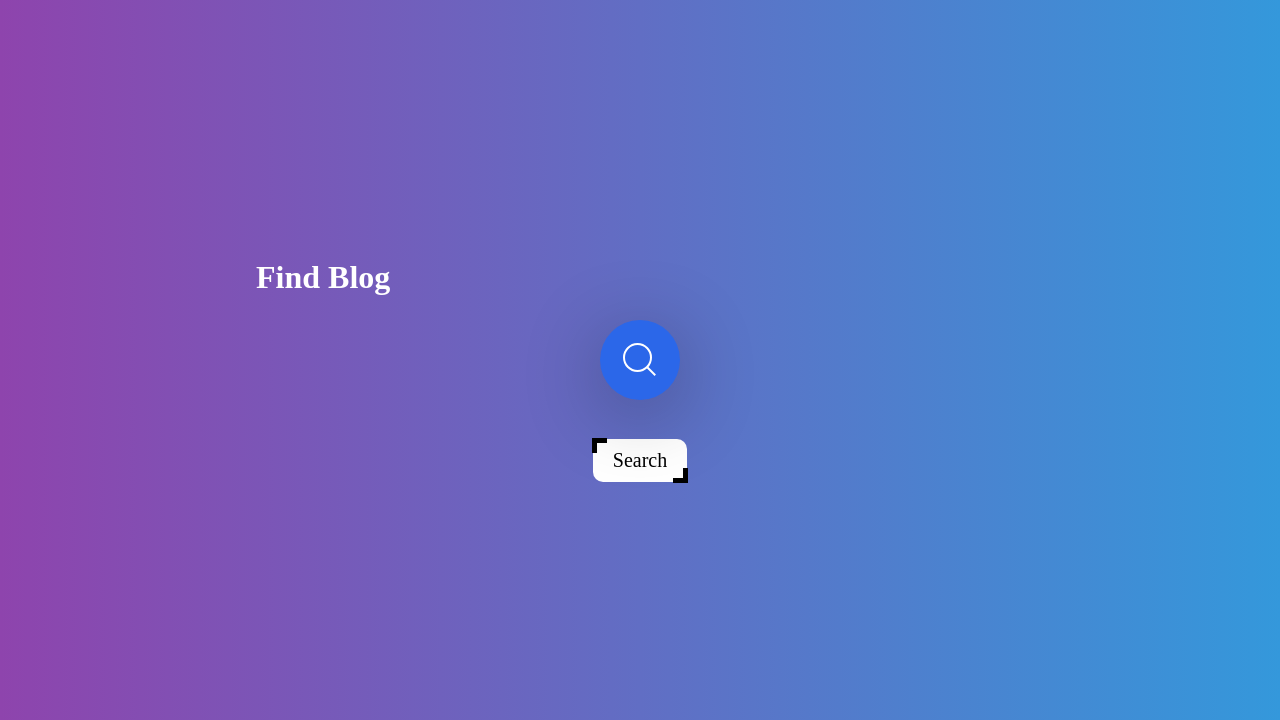
Repository: jagan607/hybr1d-front-end
Page: /
The author's editor kept a copy of each file at every save. The page is drawn from the files as they stood at one save, then again after the next save.
The browser window is 1280 px wide. The pictures show the whole page.
The project was rebuilt for these pictures with package versions that can differ from the ones it lists, and the page was loaded fresh each time. Also part of the build but not shown: src/App.css, src/components/ResultDescriptionPage.js.

Above is the page before, as saved 2022-07-16 23:35:08.

### src/index.css
@import url("https://fonts.googleapis.com/css?family=Inconsolata:700");
* {
  margin: 0;
  padding: 0;
  box-sizing: border-box;
}

html,
body {
  width: 100%;
  height: 100%;
}

body {
  background: #fff;
}

.h1{
  color: #fff;
}

.container {
  position: absolute;
  margin: auto;
  top: 0;
  left: 0;
  right: 0;
  bottom: 0;
  width: 60%;
  height: 60%;
}
.container .search {
  position: absolute;
  margin: auto;
  top: 0;
  right: 0;
  bottom: 0;
  left: 0;
  width: 80px;
  height: 80px;
  background: rgb(43, 103, 233);
  border-radius: 50%;
  transition: all 1s;
  z-index: 4;
  box-shadow: 0px 14px 80px rgba(0, 0, 2, 0.3);
}
.container .search:hover {
  cursor: pointer;
}
.container .search::before {
  content: "";
  position: absolute;
  margin: auto;
  top: 22px;
  right: 0;
  bottom: 0;
  left: 22px;
  width: 12px;
  height: 2px;
  background: white;
  transform: rotate(45deg);
  transition: all 0.5s;
}
.container .search::after {
  content: "";
  position: absolute;
  margin: auto;
  top: -5px;
  right: 0;
  bottom: 0;
  left: -5px;
  width: 25px;
  height: 25px;
  border-radius: 50%;
  border: 2px solid white;
  transition: all 0.5s;
}
.container input {
  font-family: "Inconsolata", monospace;
  position: absolute;
  margin: auto;
  top: 0;
  right: 0;
  bottom: 0;
  left: 0;
  width: 100%;
  height: 50px;
  outline: none;
  border: none;
  background: rgb(43, 103, 233);
  color: white;
  padding: 0 80px 0 20px;
  border-radius: 30px;
  box-shadow: 0 0 25px 0 rgba(220, 20, 60, 0.363), 0 20px 25px 0 rgba(0, 0, 0, 0.2);
  transition: all 1s;
  opacity: 0;
  z-index: 5;
  font-weight: bolder;
  letter-spacing: 0.1em;
}
.container input:hover {
  cursor: pointer;
}
.container input:focus {
  width: 100%;
  opacity: 1;
  cursor: text;
}
.container input:focus ~ .search {
  right: -700px;
  background: #151515;
  z-index: 6;
}
.container input:focus ~ .search::before {
  top: 0;
  left: 0;
  width: 25px;
}
.container input:focus ~ .search::after {
  top: 0;
  left: 0;
  width: 25px;
  height: 2px;
  border: none;
  background: white;
  border-radius: 0%;
  transform: rotate(-45deg);
}
.container input::placeholder {
  color: white;
  opacity: 0.5;
  font-weight: bolder;
}

.btn {
  cursor: pointer;
  position: relative;
  margin-top: 2em;
  padding: 10px 20px;
  background: white;
  font-size: 20px;
  border-top-right-radius: 10px;
  border-bottom-left-radius: 10px;
  transition: all 1s;
}
.btn:after, .btn:before {
  content: "";
  width: 10px;
  height: 10px;
  position: absolute;
  border: 0px solid #fff;
  transition: all 1s;
}
.btn:after {
  top: -1px;
  left: -1px;
  border-top: 5px solid black;
  border-left: 5px solid black;
}
.btn:before {
  bottom: -1px;
  right: -1px;
  border-bottom: 5px solid black;
  border-right: 5px solid black;
}
.btn:hover {
  border-top-right-radius: 0px;
  border-bottom-left-radius: 0px;
}
.btn:hover:before, .btn:hover:after {
  width: 100%;
  height: 100%;
}

.data-container {
  height: 40vh;
  display: flex;
  justify-content: center;
  align-items: center;
}

.result-container{
  width: 100%;
  margin: 0;
}
@import url("https://fonts.googleapis.com/css?family=Quicksand:300,400,700");
body {
  font-family: 'quicksand';
  background: linear-gradient(90deg, #8e44ad, #3498db);
  -webkit-font-smoothing: antialiased;
  -moz-osx-font-smoothing: grayscale;
}
.app-container {
  margin: 25px auto;
  width: 80%;
}
.app-container .app-form {
  margin-top: 50px;
}
.app-container .app-form__input {
  width: 100%;
  height: 50px;
  border: none;
  outline: none;
  color: #fff;
  font: 700 36px Arial, sans-serif;
  background-color: transparent;
  transition: all 0.5s ease-in-out;
}
.app-container .app-form__input:focus {
  text-indent: 20px;
  background-color: rgba(255,255,255,0.2);
}
.app-post {
  margin-top: 50px;
  width: 100%;
  min-height: 100px;
  background-color: rgba(255,255,255,0.2);
  -webkit-animation: appear 1s linear;
          animation: appear 1s linear;
}
.app-post__title {
  position: relative;
  display: inline-block;
  margin: 20px 10px 0 10px;
  font-weight: 700;
  font-size: 32px;
  color: #fff;
  text-decoration: none;
  outline: none;
}
.app-post__title::before,
.app-post__title::after {
  content: '';
  position: absolute;
  height: 0;
  width: 0;
  background-color: rgba(255,255,255,0.1);
  transition: all 0.3s ease-in-out;
}
.app-post__title:before {
  top: 0;
  right: 0;
}
.app-post__title::after {
  bottom: 0;
  left: 0;
}
.app-post__title:hover::after,
.app-post__title:hover::before {
  height: 100%;
  width: 100%;
}
.app-post__extract {
  padding: 10px;
  font-size: 18px;
  color: #fff;
}
@-webkit-keyframes appear {
  from {
    opacity: 0;
  }
  to {
    opacity: 1;
  }
}
@keyframes appear {
  from {
    opacity: 0;
  }
  to {
    opacity: 1;
  }
}

### src/App.js
import logo from './logo.svg';
import './App.css';
import './components/SearchPage'
import SearchPage from './components/SearchPage';
import { Provider } from 'react-redux';
import store from './store/Store';

function App() {
  return (
    <Provider store={store}>
      <SearchPage></SearchPage>
    </Provider>

  );
}

export default App;

### src/components/SearchPage.js
import React,{useEffect, useState} from "react";
import {connect} from 'react-redux';
import { getSearchResult } from "../actions";
import ResultDescriptionPage from "./ResultDescriptionPage";



function SearchPage({searchResults,message, getSearchResult}){
    const [text, setText] = useState();
    const [isDescriptionShown, setIsDescriptionShown] = useState(false);
    const [postUrl, setPostUrl] = useState("");

    const Post = props =>
	<div>
    {props?.searchResults?.length > 0 ?
    <div>
         {props?.searchResults?.map((items, index) =>
        <div className='app-post' key={index} onClick={ () => handleClick(items.objectID)}>
          <a href={items.url}
             className='app-post__title'
             target='_blank'>{items.author}</a>
          <p className='app-post__extract'>{items.title}</p>
        </div>
    )}
    </div>
    :
    <div>
        <h1>{message}</h1>
    </div> }

  </div>;

    function handleChange (event) {
        setText(event.target.value)
    }

    function handleSubmit(event) {
        event.preventDefault();
        const url = "https://hn.algolia.com/api/v1/search?qery=" + text;
        getSearchResult(url);

    };

    const handleClick = (objectID) => {
        console.log(objectID);
        setIsDescriptionShown(true);
        setPostUrl("https://hn.algolia.com/api/v1/items/"+objectID);
    }



    return (

        <div class="container">

            {isDescriptionShown?
                <ResultDescriptionPage url={postUrl}/>:

                <div>
                    <h1 style={{color:'#fff', marginTop:'15%', marginRight:'70%'}}>Find Blog</h1>
                    <div class="data-container">
                            <span class="btn" onClick={handleSubmit}>Search</span>
                    </div>
                    <input type="text" onChange={handleChange} placeholder="Type here.."/>
                    <div class="search"></div>
                    <Post searchResults={searchResults}  />
                </div>
                }

        </div>
    )
}







const mapStateToProps = state => {
    return{
        searchResults : state.hits,
        message:state.message
    }
}

const mapDispatchToProps = dispatch => {

    return{
        getSearchResult: (url) => dispatch(getSearchResult(url))
    }
}

export default connect(mapStateToProps, mapDispatchToProps) (SearchPage)

### src/store/Store.js
import {createStore, applyMiddleware} from 'redux';
import thunk from "redux-thunk";
import rootReducer from "./../reducers/index.js";

const store = createStore(rootReducer, applyMiddleware(thunk));

export default store;

### src/actions/index.js
import axios from 'axios';


export function getSearchResult(url){
    return  (dispatch)=>{
             axios.get(url)
             .then(response => dispatch(sendToReducer(response.data.hits)))
             .catch(error => {
                const errorMsg = error.message;
                dispatch(sendErrorToReducer(errorMsg))
             })
    }
}

export function getResultDescription(url){
    return (dispatch) => {
        axios.get(url)
        .then(response => dispatch(sendResultToReducer(response.data)))
        .catch(error => {
            const errorMsg = error.message;
            dispatch(sendErrorToReducer(errorMsg))
        })
    }

}

function sendResultToReducer(description){
    return{
        type:"SEARCH_RESULT_DESCRIPTION",
        description:description
    }
}

function sendToReducer(hits){
    return{
        type:"SEARCH_RESULT",
        hits:hits
    }

}

function sendErrorToReducer(message){
    return{
        type:"SEARCH_FAILED",
        message:message
    }
}

### src/reducers/index.js
let defaultState = {
    hits:[],
    message:""
}

const mainReducer =(state = defaultState, action) =>{
    console.log(action.type);
    if(action.type == "SEARCH_RESULT"){
        return{
            ...state,
            hits:action.hits
        }
    }

    if(action.type == "SEARCH_RESULT_DESCRIPTION"){
        return{
            ...state,
            description:action.description
        }
    }

    if(action.type == "SEARCH_FAILED"){
        return{
            ...state,
            message:action.message
        }
    }
    else{
        return{ ...state}
    }
}

export default mainReducer;

Loaded but not shown: public/index.html (common file); src/index.js (common file)

After the next save:
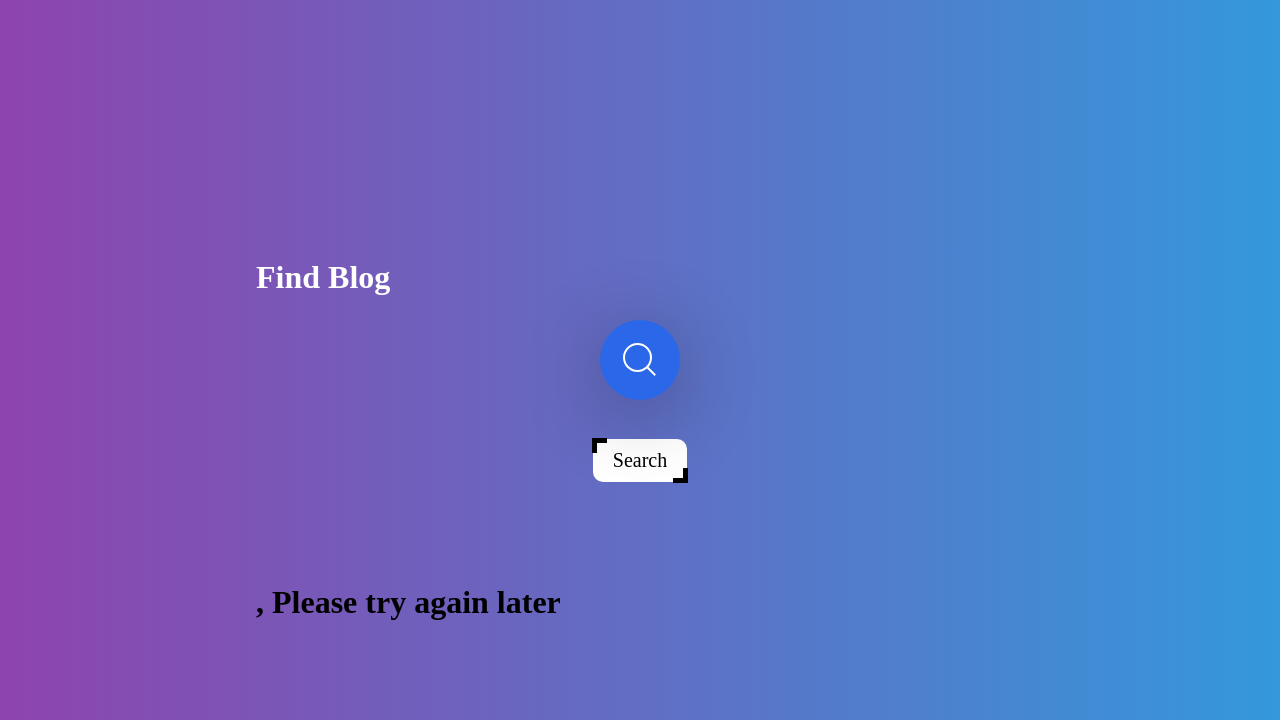
Saved 24 s later.
--- a/src/components/SearchPage.js
+++ b/src/components/SearchPage.js
@@ -25,7 +25,7 @@
     </div>
     :
     <div>
-        <h1>{message}</h1>
+        <h1>{message}, Please try again later</h1>
     </div> }
 
   </div>;

After the 2 saves that followed:
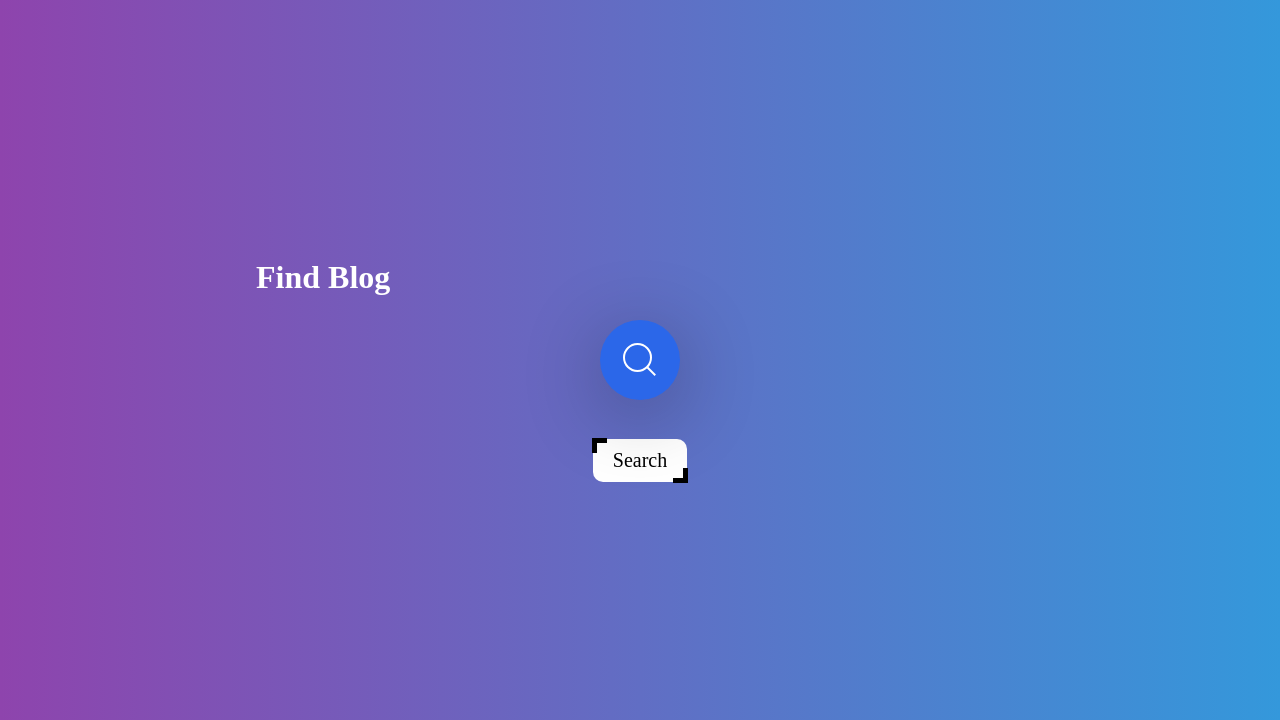
The 2 saves are shown as one change because 1 left the picture as it was.
The last was saved 41 s later.
--- a/src/components/SearchPage.js
+++ b/src/components/SearchPage.js
@@ -25,7 +25,7 @@
     </div>
     :
     <div>
-        <h1>{message}, Please try again later</h1>
+        <h1>{message}</h1>
     </div> }
 
   </div>;
@@ -36,7 +36,7 @@
 
     function handleSubmit(event) {
         event.preventDefault();
-        const url = "https://hn.algolia.com/api/v1/search?qery=" + text;
+        const url = "https://hn.algolia.com/api/v1/search?query=" + text;
         getSearchResult(url);
 
     };
